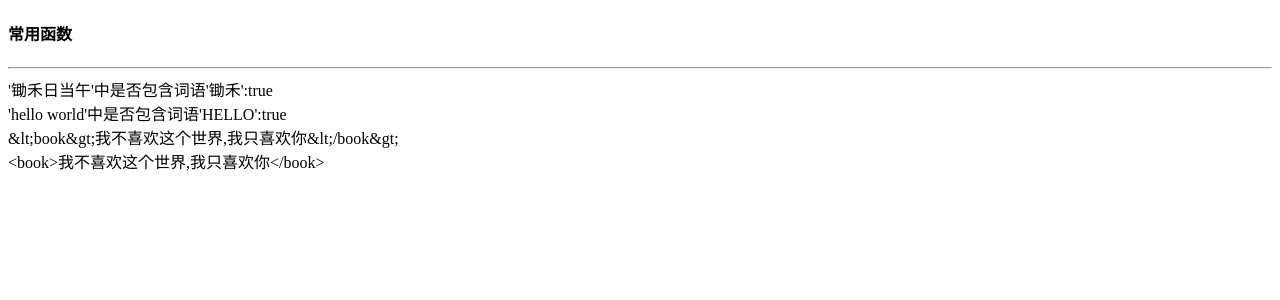
Repository: jionjion/JAVA_WorkSpace
Page: http://localhost/ServletClient/modules/jstlBase/baseXII.jsp
These files come from the project's save history. The page is drawn as it stood at one moment and after the next save; the edit follows.
The browser window is 1280 px wide. The pictures show the whole page.
The page is served by Tomcat 9. Other server files are loaded and not shown.

Above is the page before, as saved 2017-07-18 16:37:02.

### ServletClient/WebContent/modules/jstlBase/baseXII.jsp
<%@ page language="java" contentType="text/html; charset=UTF-8"
    pageEncoding="UTF-8"%>
<!-- 核心标签 -->
<%@ taglib uri="http://java.sun.com/jsp/jstl/core" prefix="c"%>
<!-- 常用函数 -->
<%@ taglib uri="http://java.sun.com/jsp/jstl/functions"  prefix="fn"%>
<!DOCTYPE html PUBLIC "-//W3C//DTD HTML 4.01 Transitional//EN" "http://www.w3.org/TR/html4/loose.dtd">
<html>
<head>
<meta http-equiv="Content-Type" content="text/html; charset=UTF-8">
<title>Insert title here</title>
</head>
<body>
	<h4>常用函数</h4>
	<hr>

	<!-- 判断一个字符串中是否包含另一个字符串 -->
	<c:out value="'锄禾日当午'中是否包含词语'锄禾':${fn:contains('锄禾日当午','锄禾') }"></c:out>
	<br>

	<!-- 判断一个字符串中是否包含另一个字符串,忽略大小写 -->
	<c:out value="'hello world'中是否包含词语'HELLO':${fn:containsIgnoreCase('锄禾日当午','锄禾') }"></c:out>
	<br>


	<!-- 输出xml文件 -->
	<c:out value="${fn:escapeXml('<book>我不喜欢这个世界,我只喜欢你</book>')}"></c:out><br>
	<c:out value="<book>我不喜欢这个世界,我只喜欢你</book>"></c:out>
</body>
</html>

After the next save:
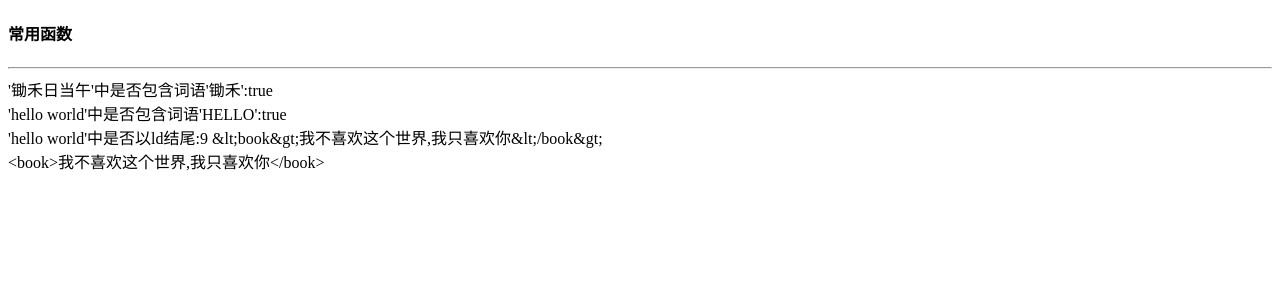
Saved 2 min 5 s later.
--- a/ServletClient/WebContent/modules/jstlBase/baseXII.jsp
+++ b/ServletClient/WebContent/modules/jstlBase/baseXII.jsp
@@ -22,6 +22,9 @@
 	<c:out value="'hello world'中是否包含词语'HELLO':${fn:containsIgnoreCase('锄禾日当午','锄禾') }"></c:out>
 	<br>
 
+	<!-- 判断一个字符串是否以XX结尾 -->
+	<c:out value="'hello world'中是否以ld结尾:${fn:indexOf('hello world','ld') }"></c:out>
+
 
 	<!-- 输出xml文件 -->
 	<c:out value="${fn:escapeXml('<book>我不喜欢这个世界,我只喜欢你</book>')}"></c:out><br>
